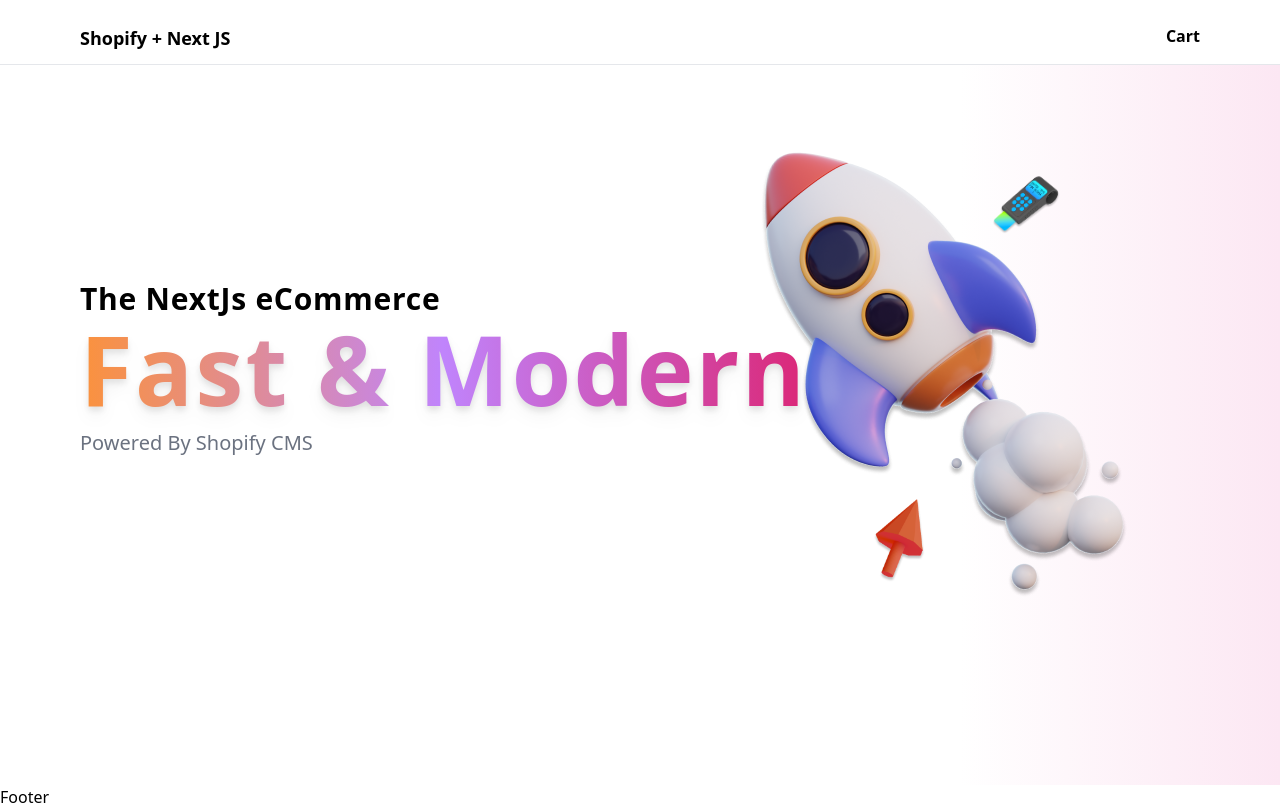
Repository: Krishna-bansall/store
Page: /
An editor plug-in stored every save of this project. The page is shown before and after the next save, followed by the edit.
The browser window is 1280 px wide. The pictures show the whole page.
The project was rebuilt for these pictures with package versions that can differ from the ones it lists, and the page was loaded fresh each time. The framework's server and built-in components were replaced by stand-ins that run in the browser. Also part of the build but not shown: next.config.js, utils/helpers.js, components/ProductCard.js, components/ProductList.js.

Above is the page before, as saved 2022-04-10 18:02:16.

After the next save:
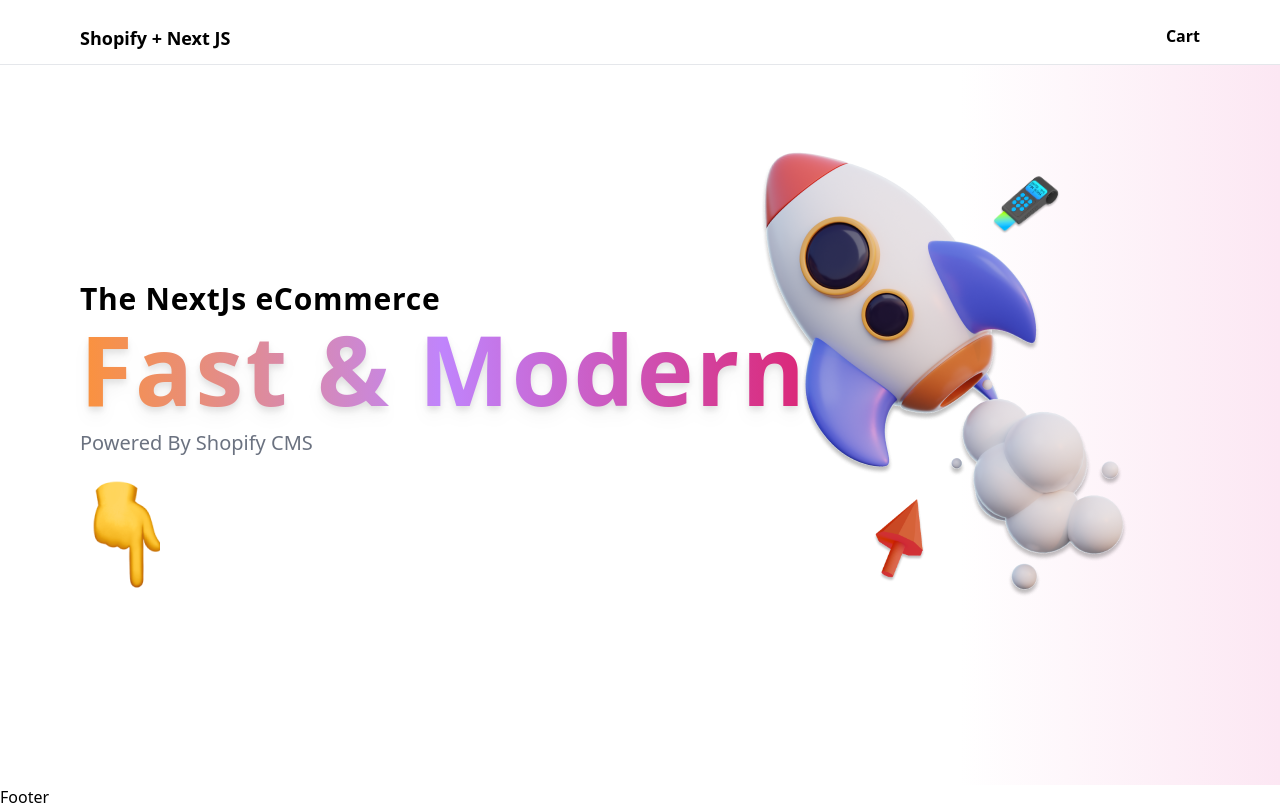
Saved 4 min 43 s later.
--- a/components/HeroSection.js
+++ b/components/HeroSection.js
@@ -1,4 +1,5 @@
 import React from 'react'
+import Link from 'next/link'
 import Image from 'next/image'
 import rocket from '../public/images/rocket.png'
 import machine from '../public/images/machine.png'
@@ -55,6 +56,9 @@
             />
           </div>
         </div>
+        <div className="col-start-2 row-start-3 md:col-start-1">
+          <Image src={down} alt="down" />
+        </div>
       </div>
 
       <div
